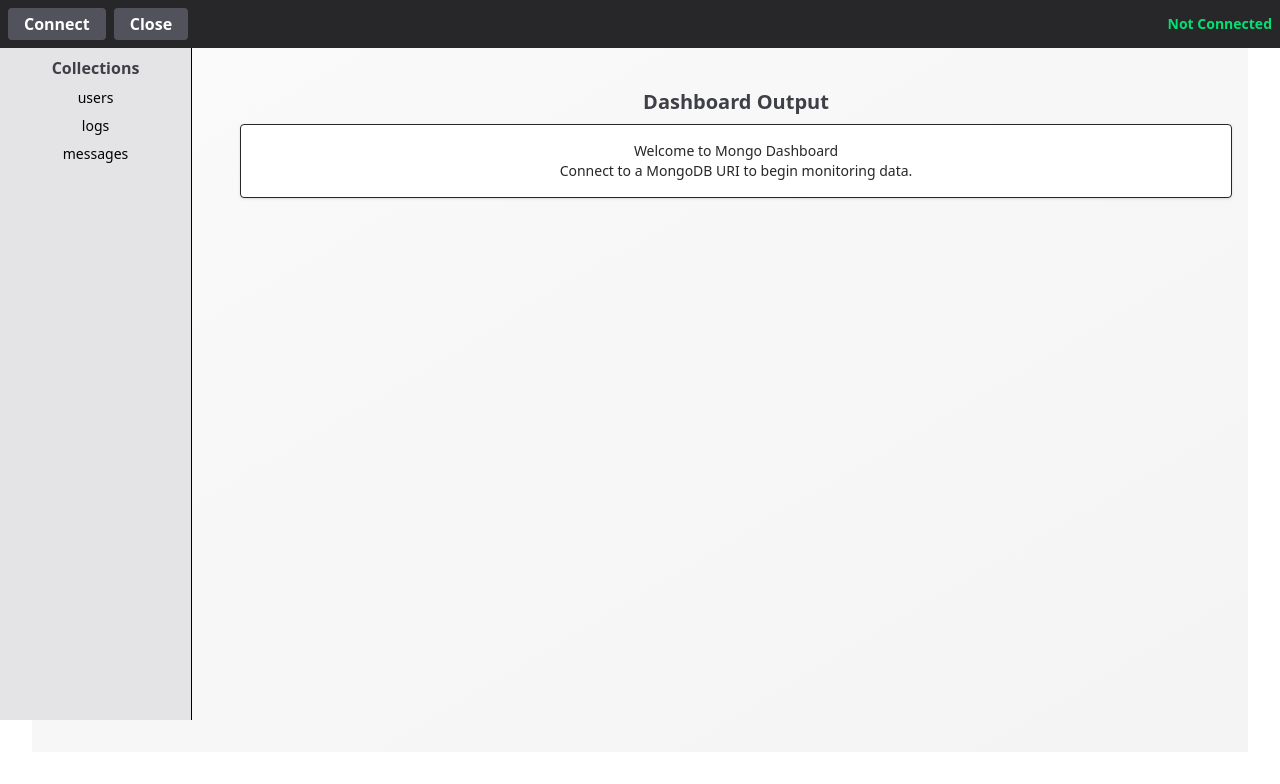
Repository: aryan151pratap/Dashboard
Page: / (app in frontened/)
An editor plug-in stored every save of this project. The page is shown before and after the next save, followed by the edit.
The browser window is 1280 px wide. The pictures show the whole page.
The project was rebuilt for these pictures with package versions that can differ from the ones it lists, and the page was loaded fresh each time. Also part of the build but not shown: frontened/vite.config.js, frontened/src/component/connect.jsx.

Above is the page before, as saved 2025-06-24 13:47:39.

### frontened/index.html
<!doctype html>
<html lang="en">
  <head>
    <meta charset="UTF-8" />
    <link rel="icon" type="image/svg+xml" href="/vite.svg" />
    <meta name="viewport" content="width=device-width, initial-scale=1.0" />
    <title>Dashboard</title>
    <script src="https://cdn.jsdelivr.net/npm/@tailwindcss/browser@4"></script>

  </head>
  <body>
    <div id="root"></div>
    <script type="module" src="/src/main.jsx"></script>
  </body>
</html>

### frontened/src/App.jsx
import { useState } from 'react'
import './App.css'
import Dashboard from './component/dashboard'

function App() {

  return (
    <>
    <div className='h-screen w-full'>
      <Dashboard/>
    </div>
    </>
  )
}

export default App

### frontened/src/component/dashboard.jsx
import Bar from "./bar";

function Dashboard(){
	return(
		<>
		<div className="h-full w-full bg-gradient-to-br from-zinc-50 to-zinc-100">
			<Bar/>
		</div>
		</>
	)
}

export default Dashboard;

### frontened/src/component/bar.jsx
import { useState } from "react";
import Connect from "./connect";

function Bar() {
  const [buttons] = useState(["connect", "close"]);
  const [showModal, setShowModal] = useState(false);
  const [uri, setUri] = useState("");
  const [connected, setConnected] = useState(false);

  return (
    <div>
		{/* Top Navbar */}
		<div className="w-full fixed top-0 left-0 flex justify-between items-center p-2 bg-zinc-800 text-white z-10">
			<div className="flex gap-2">
			{buttons.map((i, index) => (
				<button
				key={index}
				onClick={() => i === "connect" && setShowModal(true)}
				className="capitalize font-semibold bg-zinc-600 px-4 py-1 rounded hover:bg-zinc-700"
				>
				{i}
				</button>
			))}
			</div>
			<p className="font-semibold text-green-400 text-sm">
			{connected ? "Connected" : "Not Connected"}
			</p>
		</div>

		<div className="h-screen flex sm:flex-col md:flex-col flex-row">
			<div className="sm:h-full pt-12 w-48 bg-zinc-200 fixed left-0 top-0 border-r">
				<p className="text-center font-bold p-2 text-zinc-700">Collections</p>
				<ul className="px-4 text-sm space-y-2">
					<li className="hover:underline cursor-pointer">users</li>
					<li className="hover:underline cursor-pointer">logs</li>
					<li className="hover:underline cursor-pointer">messages</li>
				</ul>
			</div>

			{/* Main Content */}
			<div className="sm:ml-48 pt-14 p-4">
				<h1 className="text-xl font-bold mb-2 text-zinc-700">Dashboard Output</h1>
				<div className="bg-white p-4 border rounded shadow text-sm text-zinc-800">
				<p>Welcome to Mongo Dashboard</p>
				<p>Connect to a MongoDB URI to begin monitoring data.</p>
				</div>
			</div>
		</div>

		{/* Connect Modal */}
		{showModal && (
			<Connect
				uri={uri}
				setUri={setUri}
				setConnected={setConnected}
				setShowModal={setShowModal}
			/>
		)}
    </div>
  );
}

export default Bar;

Loaded but not shown: frontened/src/main.jsx (common file); frontened/src/App.css (common file)

After the next save:
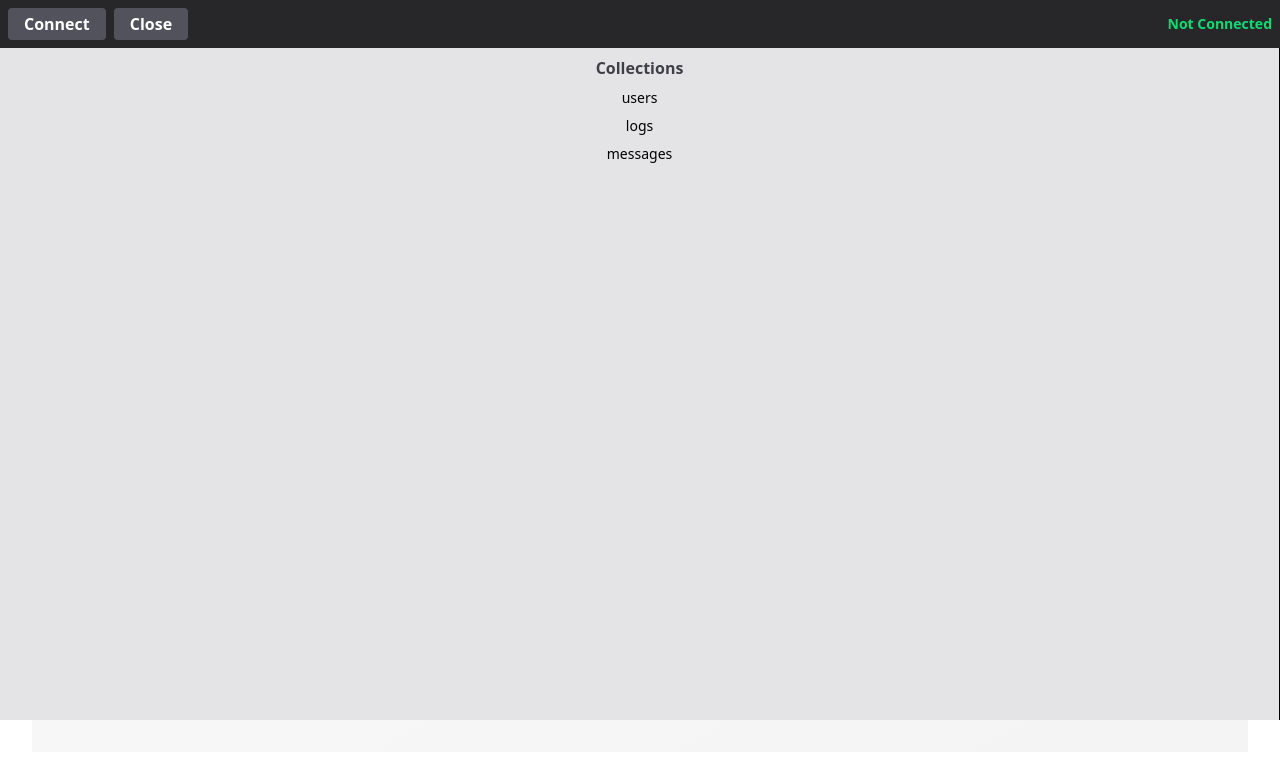
Saved 13 s later.
--- a/frontened/src/component/bar.jsx
+++ b/frontened/src/component/bar.jsx
@@ -28,7 +28,7 @@
 		</div>
 
 		<div className="h-screen flex sm:flex-col md:flex-col flex-row">
-			<div className="sm:h-full pt-12 w-48 bg-zinc-200 fixed left-0 top-0 border-r">
+			<div className="sm:h-full w-full pt-12 w-48 bg-zinc-200 fixed left-0 top-0 border-r">
 				<p className="text-center font-bold p-2 text-zinc-700">Collections</p>
 				<ul className="px-4 text-sm space-y-2">
 					<li className="hover:underline cursor-pointer">users</li>

After the 2 saves that followed:
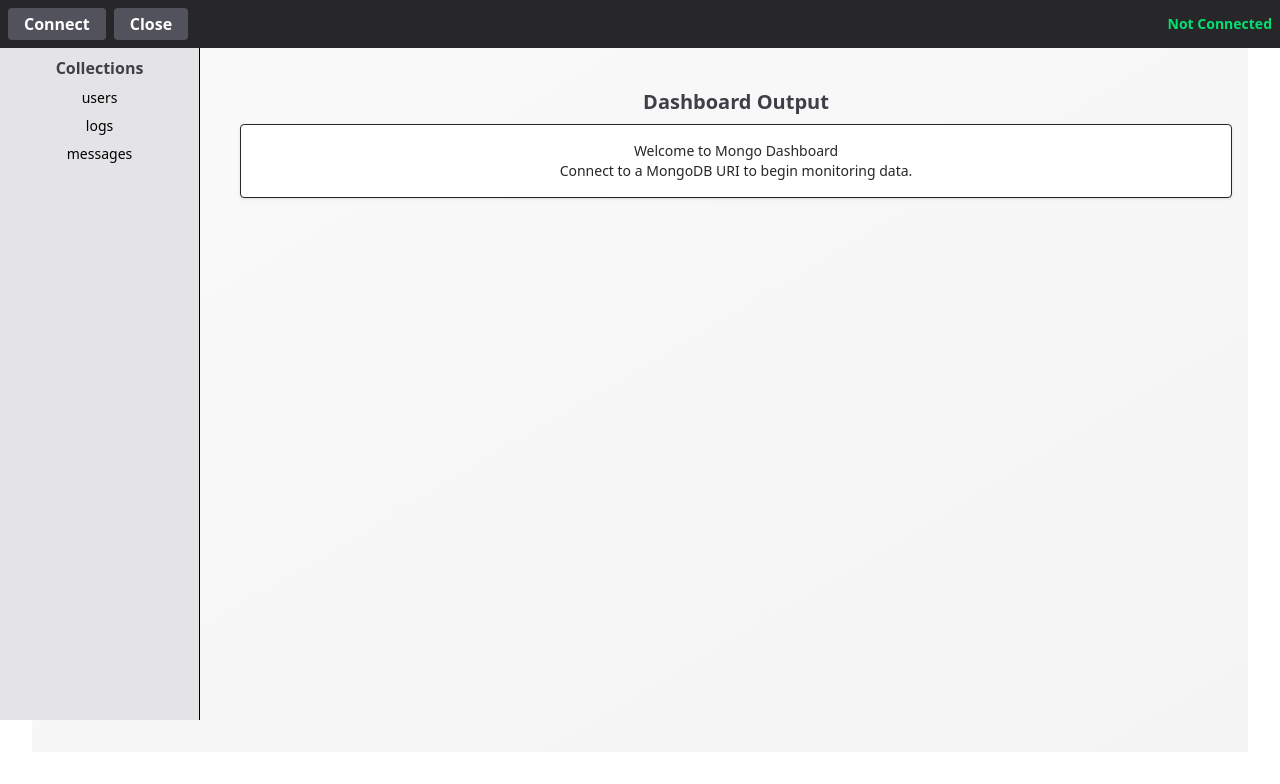
The 2 saves are shown as one change because 1 left the picture as it was.
The last was saved 29 s later.
--- a/frontened/src/component/bar.jsx
+++ b/frontened/src/component/bar.jsx
@@ -28,7 +28,7 @@
 		</div>
 
 		<div className="h-screen flex sm:flex-col md:flex-col flex-row">
-			<div className="sm:h-full w-full pt-12 w-48 bg-zinc-200 fixed left-0 top-0 border-r">
+			<div className="sm:h-full w-full pt-12 sm:w-48 md:w-50 bg-zinc-200 sm:fixed left-0 top-0 border-r">
 				<p className="text-center font-bold p-2 text-zinc-700">Collections</p>
 				<ul className="px-4 text-sm space-y-2">
 					<li className="hover:underline cursor-pointer">users</li>
